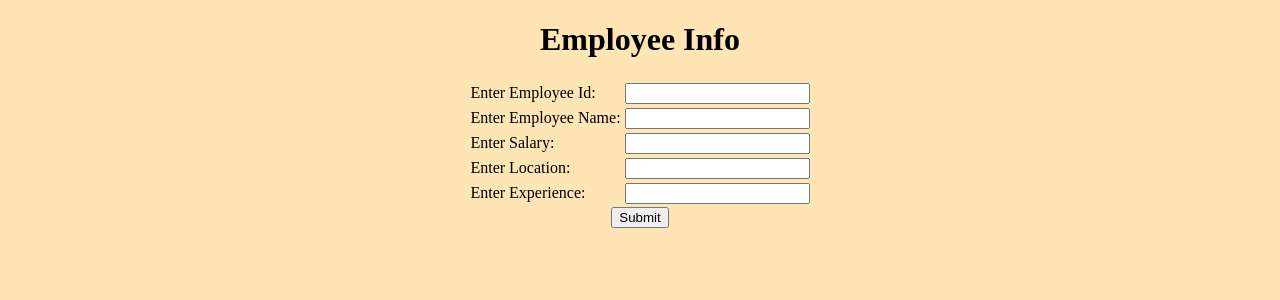
Repository: mounikagunda/corejavaproject
Page: http://localhost/projectjsp1/Search.jsp
An editor plug-in stored every save of this project. The page is shown before and after the next save, followed by the edit.
The browser window is 1280 px wide. The pictures show the whole page.
The page is served by Tomcat 9.

Above is the page before, as saved 2016-12-19 07:34:51.

After the next save:
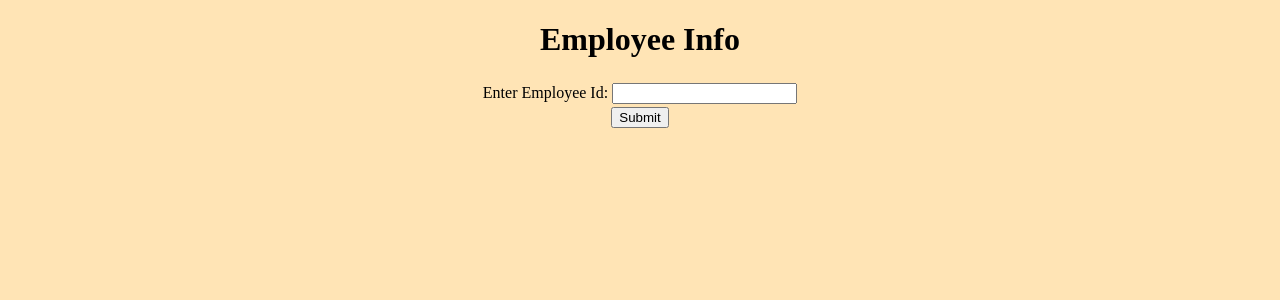
Saved 6 min 56 s later.
--- a/projectjsp1/WebContent/Search.jsp
+++ b/projectjsp1/WebContent/Search.jsp
@@ -22,23 +22,6 @@
       <td><input type="text" name="employeeId" /></td>
     </tr>
 
-    <tr>
-      <td>Enter Employee Name:</td>
-      <td><input type="text" name="employeeName" /></td>
-    </tr>
-
-    <tr>
-      <td>Enter Salary:</td>
-      <td><input type="number" name="employeeSalary" /></td>
-    </tr>
-     <tr>
-      <td>Enter Location:</td>
-      <td><input type="text" name="employeeLocation" /></td>
-    </tr>
-    <tr>
-      <td>Enter Experience:</td>
-      <td><input type="number" name="employeeExp" /></td>
-    </tr>
 
 </table>
 
